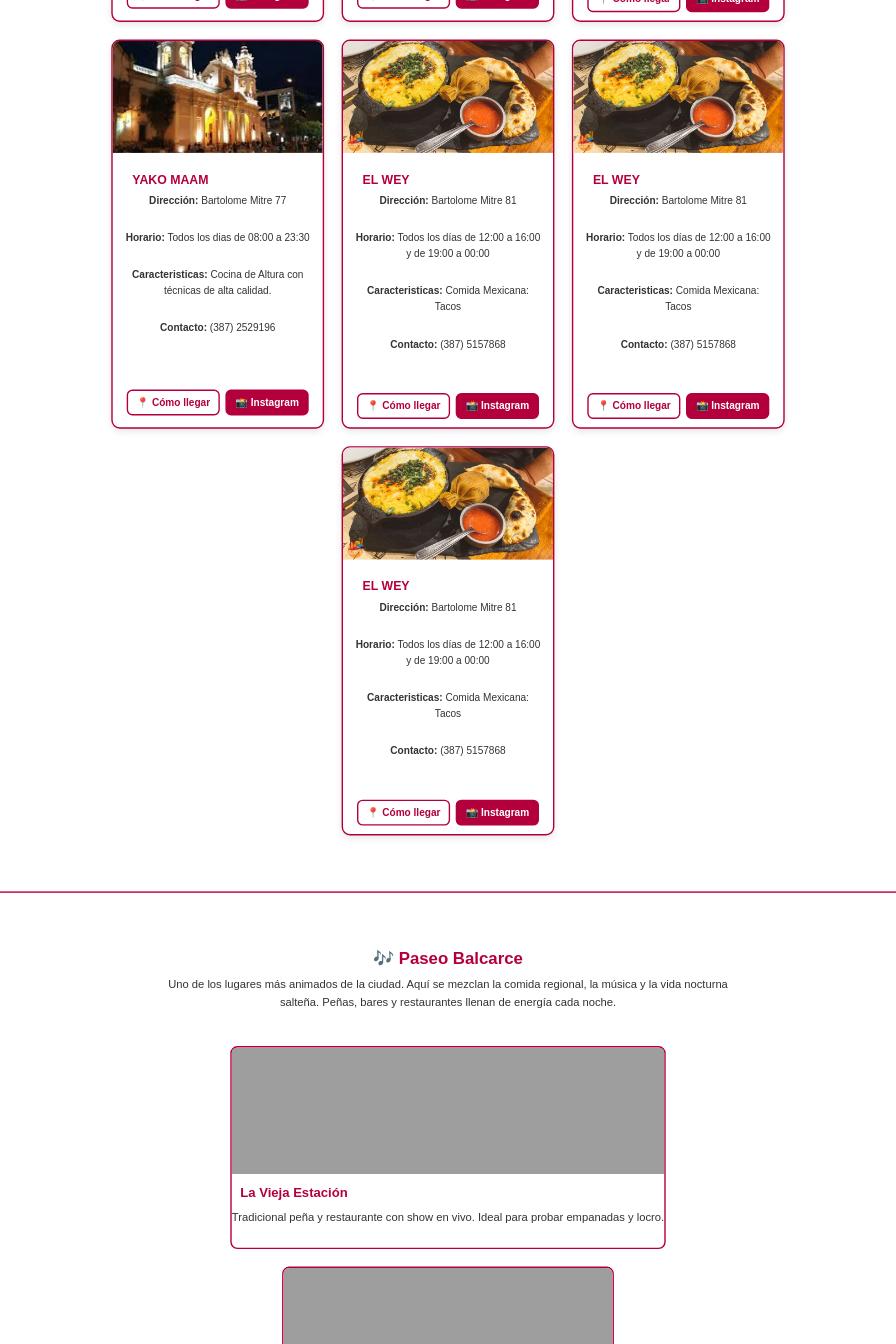
Repository: nahir95/come-en-salta
Page: restaurantes.html
An editor plug-in stored every save of this project. The page is shown before and after the next save, followed by the edit.
The browser window is 1280 px wide. The pictures show the part of the page from y = 1078 to 2998 px (the page is 5583 px tall before and 5606 px after), at 70% of full size.
Pictures or frames that could not be fetched are drawn as grey boxes.

Above is the page before, as saved 2025-11-12 02:13:24.

### restaurantes.html
<!doctype html>
<html lang="es">
<head>
  <meta charset="utf-8" />
  <meta name="viewport" content="width=device-width, initial-scale=1" />
  <title>Restaurantes - Comé en Salta</title>
  <link rel="stylesheet" href="style.css">
</head>

<body>
  <header>
    <h1>Comé en Salta</h1>
    <nav>
      <a href="index.html">Inicio</a>
      <a href="restaurantes.html">Restaurantes</a>
      <a href="penas.html">Peñas</a>
      <a href="#contacto">Contacto</a>
    </nav>
  </header>

  <main class="restaurantes">
    <section class="intro">
      <h2>Los mejores lugares para disfrutar en Salta</h2>
      <p>Explorá los sabores salteños en cada rincón de la ciudad. Desde el corazón histórico hasta los paseos más modernos, la gastronomía local te invita a vivir experiencias únicas.</p>
    </section>

    <!-- PLAZA 9 DE JULIO -->
<section id="plaza9" class="zona">
  <h2>🍽️ Plaza 9 de Julio</h2>
  <p>El corazón histórico de Salta ofrece restaurantes con encanto colonial, ideales para disfrutar de la gastronomía local frente a la plaza principal.</p>

  <div class="zona-grid">

    <!-- Restaurante 1 -->
    <article class="card restaurante">
      <img src="imagenes/cafe-catedral.jpeg" alt="El Solar del Convento">
      <div class="card-content">
        <h3>CAFE CATEDRAL</h3>
        <p><strong>Dirección:</strong> Bartolomé Mitre 95</p>
        <p><strong>Horarios:</strong> Lunes a Viernes: 7:00 a 22:00 - Sabado: 7:00 a 14:00</p>
        <p><strong>Caracteristicas:</strong> Desayunos, Almuerzos, Meriendas</p>
        <p><strong>Contacto:</strong> (387) 4317756 - (387) 5323658</p>
        <div class="btns-resto">
          <a href="https://maps.app.goo.gl/VMKrjFsvunXBDcr2A" target="_blank" class="btn">📍 Cómo llegar</a>
          <a href="https://www.instagram.com/cafecatedral_?igsh=MnE1amYwa3dqeDF6" target="_blank" class="btn btn-secundario">📸 Instagram</a>
        </div>
      </div>
    </article>

    <!-- Restaurante 2 -->
    <article class="card restaurante">
      <img src="https://images.unsplash.com/photo-1565299624946-b28f40a0ae38?w=800" alt="Fritito">
      <div class="card-content">
        <h3>FRITITO</h3>
        <p><strong>Dirección:</strong> Bartolome Mitre 85</p>
        <p><strong>Horario:</strong> Todos los días de 10:00 a 23:00</p>
        <p><strong>Caracteristicas:</strong> Comidas Rapidas - Fries & Burger</p>
        <p><strong>Contacto:</strong> (387) 5742741</p> <br> <br>
        <div class="btns-resto">
          <a href="https://maps.app.goo.gl/fA5zTu5r4aBTFWrC6?g_st=aw" target="_blank" class="btn">📍 Cómo llegar</a>
          <a href="https://www.instagram.com/fritito.salta?igsh=MXFieXNvZHdlZHZzZg==" target="_blank" class="btn btn-secundario">📸 Instagram</a>
        </div>
      </div>
    </article>

    <!-- Restaurante 3 -->
     <article class="card restaurante">
      <img src="imagenes/carrusel-1.jpg" alt="El Wey">
      <div class="card-content">
        <h3>EL WEY</h3>
        <p><strong>Dirección:</strong> Bartolome Mitre 81</p>
        <p><strong>Horario:</strong> Todos los días de 12:00 a 16:00 y de 19:00 a 00:00</p>
        <p><strong>Caracteristicas:</strong> Comida Mexicana: Tacos</p>
        <p><strong>Contacto:</strong> (387) 5157868</p> <br>
        <div class="btns-resto">
          <a href="https://maps.app.goo.gl/HWUzTfTShyvQshCx5?g_st=aw" target="_blank" class="btn">📍 Cómo llegar</a>
          <a href="https://www.instagram.com/el_wey_tacos?igsh=Mzk2ZTZzdmM3N3g5" target="_blank" class="btn btn-secundario">📸 Instagram</a>
        </div>
      </div>
     </article>

     <!-- Restaurante 4 -->
      <article class="card restaurante">
        <img src="imagenes/cafe-catedral.jpeg" alt="Yako">
        <div class="card-content">
          <h3>YAKO MAAM</h3>
          <P><strong>Dirección:</strong> Bartolome Mitre 77</P>
          <p><strong>Horario:</strong> Todos los dias de 08:00 a 23:30</p>
          <p><strong>Caracteristicas:</strong> Cocina de Altura con técnicas de alta calidad.</p>
          <p><strong>Contacto:</strong> (387) 2529196</p> <br> <br>
           <div class="btns-resto">
          <a href="https://maps.app.goo.gl/gud9KhsUfRgktwaAA?g_st=aw" target="_blank" class="btn">📍 Cómo llegar</a>
          <a href="https://www.instagram.com/yako.maam?igsh=ZW82NnRrNmltaHpj" target="_blank" class="btn btn-secundario">📸 Instagram</a>
        </div>
        </div>
      </article>

       <!-- Restaurante 5 -->
     <article class="card restaurante">
      <img src="imagenes/carrusel-1.jpg" alt="El Wey">
      <div class="card-content">
        <h3>EL WEY</h3>
        <p><strong>Dirección:</strong> Bartolome Mitre 81</p>
        <p><strong>Horario:</strong> Todos los días de 12:00 a 16:00 y de 19:00 a 00:00</p>
        <p><strong>Caracteristicas:</strong> Comida Mexicana: Tacos</p>
        <p><strong>Contacto:</strong> (387) 5157868</p> <br>
        <div class="btns-resto">
          <a href="https://maps.app.goo.gl/HWUzTfTShyvQshCx5?g_st=aw" target="_blank" class="btn">📍 Cómo llegar</a>
          <a href="https://www.instagram.com/el_wey_tacos?igsh=Mzk2ZTZzdmM3N3g5" target="_blank" class="btn btn-secundario">📸 Instagram</a>
        </div>
      </div>
     </article>

      <!-- Restaurante 6 -->
     <article class="card restaurante">
      <img src="imagenes/carrusel-1.jpg" alt="El Wey">
      <div class="card-content">
        <h3>EL WEY</h3>
        <p><strong>Dirección:</strong> Bartolome Mitre 81</p>
        <p><strong>Horario:</strong> Todos los días de 12:00 a 16:00 y de 19:00 a 00:00</p>
        <p><strong>Caracteristicas:</strong> Comida Mexicana: Tacos</p>
        <p><strong>Contacto:</strong> (387) 5157868</p> <br>
        <div class="btns-resto">
          <a href="https://maps.app.goo.gl/HWUzTfTShyvQshCx5?g_st=aw" target="_blank" class="btn">📍 Cómo llegar</a>
          <a href="https://www.instagram.com/el_wey_tacos?igsh=Mzk2ZTZzdmM3N3g5" target="_blank" class="btn btn-secundario">📸 Instagram</a>
        </div>
      </div>
     </article>

      <!-- Restaurante 7 -->
     <article class="card restaurante">
      <img src="imagenes/carrusel-1.jpg" alt="El Wey">
      <div class="card-content">
        <h3>EL WEY</h3>
        <p><strong>Dirección:</strong> Bartolome Mitre 81</p>
        <p><strong>Horario:</strong> Todos los días de 12:00 a 16:00 y de 19:00 a 00:00</p>
        <p><strong>Caracteristicas:</strong> Comida Mexicana: Tacos</p>
        <p><strong>Contacto:</strong> (387) 5157868</p> <br>
        <div class="btns-resto">
          <a href="https://maps.app.goo.gl/HWUzTfTShyvQshCx5?g_st=aw" target="_blank" class="btn">📍 Cómo llegar</a>
          <a href="https://www.instagram.com/el_wey_tacos?igsh=Mzk2ZTZzdmM3N3g5" target="_blank" class="btn btn-secundario">📸 Instagram</a>
        </div>
      </div>
     </article>




  </div>
</section>


    <!-- PASEO BALCARCE -->
    <section id="balcarce" class="zona">
      <h2>🎶 Paseo Balcarce</h2>
      <p>Uno de los lugares más animados de la ciudad. Aquí se mezclan la comida regional, la música y la vida nocturna salteña. Peñas, bares y restaurantes llenan de energía cada noche.</p>

      <div class="zona-grid">
        <article class="card">
          <img src="https://images.unsplash.com/photo-1528605248644-14dd04022da1?w=800" alt="Paseo Balcarce Salta">
          <h3>La Vieja Estación</h3>
          <p>Tradicional peña y restaurante con show en vivo. Ideal para probar empanadas y locro.</p>
        </article>
        <article class="card">
          <img src="https://images.unsplash.com/photo-1600891964599-f61ba0e24092?w=800" alt="Restaurante moderno en Balcarce">
          <h3>La Monumental</h3>
          <p>Restaurante moderno con opciones gourmet y coctelería de autor.</p>
        </article>
      </div>
    </section>

    <!-- PASEO GÜEMES -->
    <section id="guemes" class="zona">
      <h2>🍷 Paseo Güemes</h2>
      <p>La zona joven y moderna de Salta. Ideal para quienes buscan cocina contemporánea, bares y terrazas con estilo. Un punto de encuentro entre turistas y locales.</p>

      <div class="zona-grid">
        <article class="card">
          <img src="https://images.unsplash.com/photo-1615719413546-198b25453f85?w=800" alt="Paseo Güemes">
          <h3>El Charrúa</h3>
          <p>Especialidad en carnes a la parrilla y vinos de altura. Un clásico salteño imperdible.</p>
        </article>
        <article class="card">
          <img src="https://images.unsplash.com/photo-1551218808-94e220e084d2?w=800" alt="Café moderno">
          <h3>Baco Resto Bar</h3>
          <p>Ambiente moderno y excelente coctelería, ideal para compartir entre amigos.</p>
        </article>
      </div>
    </section>

    <!-- CADENAS DE COMIDAS RÁPIDAS -->
    <section id="rapidas" class="zona">
      <h2>🍔 Cadenas de Comidas Rápidas</h2>
      <p>También hay opciones para quienes buscan algo rápido y conocido. Las principales cadenas se encuentran cerca del centro y los shoppings.</p>

      <ul class="lista-rapidas">
        <li>McDonald’s – Shopping Alto NOA</li>
        <li>Burger King – Caseros 500</li>
        <li>Mostaza – Paseo Güemes</li>
        <li>Subway – Balcarce 50</li>
      </ul>
    </section>

    <!-- EXTRA: RESTAURANTES DESTACADOS -->
    <section id="destacados" class="zona">
      <h2>⭐ Recomendados por los turistas</h2>
      <p>Según visitantes y locales, estos son algunos de los restaurantes imperdibles para vivir la experiencia completa de la gastronomía salteña.</p>
      <div class="zona-grid">
        <article class="card">
          <img src="https://images.unsplash.com/photo-1504674900247-0877df9cc836?w=800" alt="Empanadas salteñas">
          <h3>Doña Salta</h3>
          <p>Empanadas caseras, locro y guisos típicos en un ambiente colonial.</p>
        </article>
        <article class="card">
          <img src="https://images.unsplash.com/photo-1601924582971-c8b28a3a13f1?w=800" alt="Locro salteño">
          <h3>El Patio de la Empanada</h3>
          <p>Conocido por su sabor auténtico y precios populares. Ideal para turistas.</p>
        </article>
      </div>
    </section>
  </main>

  <footer>
    Creado con ❤️ por Comé en Salta · 2025
  </footer>
</body>
</html>

### style.css
/* ==========================
   ESTILOS GENERALES
========================== */
body {
  margin: 0;
  font-family: 'Poppins', sans-serif;
  background-color: #fff;
  color: #000;
}

/* ==========================
   HEADER
========================== */
header {
  display: flex;
  justify-content: space-between;
  align-items: center;
  background-color: #fff;
  padding: 15px 30px;
  border-bottom: 3px solid #b3003c;
}

header h1 {
  color: #b3003c;
  font-size: 1.6rem;
}

nav {
  display: flex;
  gap: 25px;
}

nav a {
  text-decoration: none;
  color: #000;
  font-weight: 600;
  transition: color 0.3s ease;
}

nav a:hover {
  color: #b3003c;
}

/* ==========================
   CARRUSEL (HERO)
========================== */
.hero {
  position: relative;
  width: 100%;
  overflow: hidden;
}

.carousel-container {
  position: relative;
  width: 100%;
  height: 80vh;
}

.carousel {
  display: flex;
  width: 300%;
  transition: transform 0.8s ease-in-out;
}

.carousel img {
  width: 100%;
  height: 80vh;
  object-fit: cover;
  filter: brightness(0.7);
}

/* Botones del carrusel */
.btn-carrusel {
  position: absolute;
  top: 50%;
  transform: translateY(-50%);
  background-color: rgba(179, 0, 60, 0.8);
  color: white;
  border: none;
  font-size: 2rem;
  padding: 10px 15px;
  cursor: pointer;
  border-radius: 50%;
  transition: background 0.3s ease;
}

.btn-carrusel:hover {
  background-color: #b3003c;
}

#prev { left: 20px; }
#next { right: 20px; }

/* Texto sobre el carrusel */
.overlay {
  position: absolute;
  top: 50%;
  left: 50%;
  transform: translate(-50%, -50%);
  color: white;
  text-align: center;
  text-shadow: 0 2px 5px rgba(0,0,0,0.7);
}

.overlay h2 {
  font-size: 2rem;
  color: #fff;
  margin-bottom: 10px;
}

.overlay p {
  font-size: 1.2rem;
}

/* ==========================
   SECCIÓN INICIO
========================== */
.inicio {
  text-align: center;
  padding: 80px 20px;
  background-color: #fff;
}

.inicio h2 {
  color: #b3003c;
  font-size: 2rem;
  margin-bottom: 15px;
}

.inicio p {
  max-width: 800px;
  margin: 0 auto 30px auto;
  color: #333;
  line-height: 1.6;
}

/* BOTONES PRINCIPALES */
.inicio-buttons .btn {
  display: inline-block;
  margin: 10px;
  padding: 12px 24px;
  border: 2px solid #b3003c;
  border-radius: 8px;
  color: #b3003c;
  background: transparent;
  text-decoration: none;
  font-weight: 600;
  transition: all 0.3s ease;
}

.inicio-buttons .btn:hover {
  background: #b3003c;
  color: white;
}
/* ==========================
   SECCIÓN "POR QUÉ COMER EN SALTA"
========================== */
.porque {
  text-align: center;
  padding: 60px 20px;
  background-color: #f7f7f7;
  border-top: 2px solid #b3003c;
  border-bottom: 2px solid #b3003c;
}

.porque h2 {
  color: #b3003c;
  margin-bottom: 15px;
}

.porque p {
  max-width: 800px;
  margin: auto;
  font-size: 1.1rem;
  color: #333;
  line-height: 1.6;
}

/* ==========================
   SABORES
========================== */
.sabores {
  padding: 60px 20px;
  background-color: #fff;
  text-align: center;
}

.sabores h2 {
  color: #b3003c;
  margin-bottom: 25px;
}

.sabores-grid {
  display: grid;
  grid-template-columns: repeat(auto-fit, minmax(220px, 1fr));
  gap: 25px;
}

.plato {
  background: #fff;
  border-radius: 12px;
  border: 2px solid #b3003c;
  overflow: hidden;
  transition: transform 0.3s ease, box-shadow 0.3s ease;
}

.plato:hover {
  transform: scale(1.05);
  box-shadow: 0 4px 12px rgba(0,0,0,0.15);
}

.plato img {
  width: 100%;
  height: 160px;
  object-fit: cover;
}

.plato h3 {
  padding: 12px;
  color: #b3003c;
}

/* ==========================
   FRASE FINAL
========================== */
.frase {
  background: #b3003c;
  color: white;
  text-align: center;
  padding: 40px 10px;
  font-style: italic;
  font-size: 1.2rem;
}

/* ==========================
   FOOTER
========================== */
footer {
  background-color: #fff;
  color: #333;
  text-align: center;
  padding: 20px;
  border-top: 3px solid #b3003c;
  font-weight: 500;
}
.carousel-container {
  position: relative;
  overflow: hidden;
  width: 100%;
  height: 400px;
}

.carousel {
  display: flex;
  transition: transform 1s ease;
  width: 100%;
  height: 100%;
}

.carousel img {
  flex: 0 0 100%;
  width: 100%;
  height: 100%;
  object-fit: cover;
}
/* ==========================
   RESTAURANTES
========================== */
.restaurantes .intro {
  text-align: center;
  padding: 60px 20px;
}

.restaurantes .intro h2 {
  color: #b3003c;
  margin-bottom: 10px;
}

.restaurantes .zona {
  padding: 60px 20px;
  border-top: 2px solid #b3003c;
  background-color: #fff;
}

.restaurantes .zona h2 {
  color: #b3003c;
  margin-bottom: 10px;
  text-align: center;
}

.restaurantes .zona p {
  text-align: center;
  max-width: 800px;
  margin: 0 auto 30px auto;
  line-height: 1.6;
  color: #333;
}

.zona-grid {
  display: grid;
  grid-template-columns: repeat(auto-fit, minmax(250px, 1fr));
  gap: 25px;
}

.card {
  background: #fff;
  border: 2px solid #b3003c;
  border-radius: 10px;
  overflow: hidden;
  transition: transform 0.3s ease, box-shadow 0.3s ease;
}

.card:hover {
  transform: scale(1.05);
  box-shadow: 0 4px 12px rgba(0,0,0,0.15);
}

.card img {
  width: 100%;
  height: 180px;
  object-fit: cover;
}

.card h3 {
  margin: 12px;
  color: #b3003c;
}

.card p {
  margin: 0 12px 15px 12px;
  color: #333;
}

.lista-rapidas {
  max-width: 600px;
  margin: 0 auto;
  list-style: none;
  padding: 0;
  text-align: center;
}

.lista-rapidas li {
  background: #f8f8f8;
  border: 1px solid #b3003c;
  padding: 10px;
  border-radius: 6px;
  margin-bottom: 8px;
  color: #333;
  transition: background 0.3s;
}

.lista-rapidas li:hover {
  background: #b3003c;
  color: white;
}
/* === Contenedor general de las tarjetas === */
.zona-grid {
  display: flex;
  flex-wrap: wrap;
  justify-content: center; /* 🔹 centra todas las tarjetas */
  gap: 25px; /* espacio entre tarjetas */
  max-width: 1000px; /* 🔹 limita el ancho total del grid */
  margin: 0 auto; /* centra el bloque en la página */
  padding: 20px;
}

/* === Tarjetas de restaurantes === */
.restaurante {
  background: #fff;
  border: 2px solid #b3003c;
  border-radius: 12px;
  overflow: hidden;
  flex: 1 1 calc(33.333% - 40px); /* 🔹 3 por fila con espacio */
  max-width: 300px; /* evita que crezcan demasiado */
  box-shadow: 0 4px 10px rgba(0,0,0,0.1);
  transition: transform 0.3s ease, box-shadow 0.3s ease;
}

.restaurante:hover {
  transform: translateY(-5px);
  box-shadow: 0 6px 16px rgba(0,0,0,0.15);
}

.restaurante img {
  width: 100%;
  height: 160px;
  object-fit: cover;
}

.restaurante .card-content {
  padding: 12px 16px;
}

.restaurante h3 {
  color: #b3003c;
  font-size: 1.1rem;
  margin-bottom: 8px;
}

.restaurante p {
  color: #333;
  margin: 4px 0;
  font-size: 0.9rem;
}

/* === Botones === */
.btns-resto {
  display: flex;
  justify-content: center;
  gap: 8px;
  margin-top: 10px;
  flex-wrap: wrap;
}

.btns-resto .btn {
  display: inline-block;
  text-align: center;
  padding: 8px 12px;
  border: 2px solid #b3003c;
  border-radius: 8px;
  text-decoration: none;
  color: #b3003c;
  font-weight: 600;
  transition: all 0.3s ease;
  font-size: 0.9rem;
}

.btns-resto .btn:hover {
  background: #b3003c;
  color: #fff;
}

.btns-resto .btn-secundario {
  background: #b3003c;
  color: #fff;
}

.btns-resto .btn-secundario:hover {
  background: transparent;
  color: #b3003c;
}

After the next save:
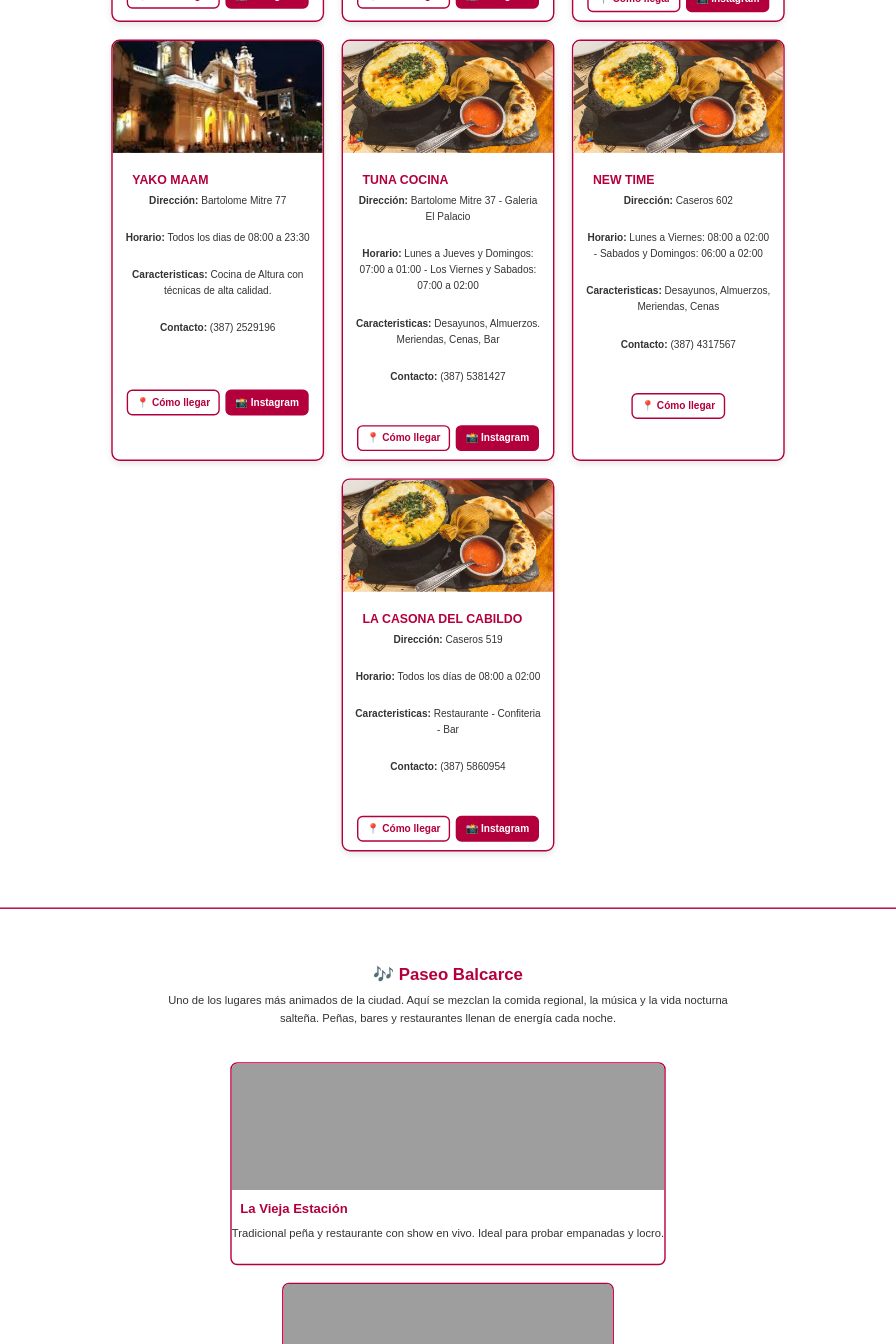
Saved 12 min 4 s later.
--- a/restaurantes.html
+++ b/restaurantes.html
@@ -97,48 +97,47 @@
 
        <!-- Restaurante 5 -->
      <article class="card restaurante">
-      <img src="imagenes/carrusel-1.jpg" alt="El Wey">
-      <div class="card-content">
-        <h3>EL WEY</h3>
-        <p><strong>Dirección:</strong> Bartolome Mitre 81</p>
-        <p><strong>Horario:</strong> Todos los días de 12:00 a 16:00 y de 19:00 a 00:00</p>
-        <p><strong>Caracteristicas:</strong> Comida Mexicana: Tacos</p>
-        <p><strong>Contacto:</strong> (387) 5157868</p> <br>
-        <div class="btns-resto">
-          <a href="https://maps.app.goo.gl/HWUzTfTShyvQshCx5?g_st=aw" target="_blank" class="btn">📍 Cómo llegar</a>
-          <a href="https://www.instagram.com/el_wey_tacos?igsh=Mzk2ZTZzdmM3N3g5" target="_blank" class="btn btn-secundario">📸 Instagram</a>
+      <img src="imagenes/carrusel-1.jpg" alt="Tuna Cocina">
+      <div class="card-content">
+        <h3>TUNA COCINA</h3>
+        <p><strong>Dirección:</strong> Bartolome Mitre 37 - Galeria El Palacio</p>
+        <p><strong>Horario:</strong> Lunes a Jueves y Domingos: 07:00 a 01:00 - Los Viernes y Sabados: 07:00 a 02:00</p>
+        <p><strong>Caracteristicas:</strong> Desayunos, Almuerzos. Meriendas, Cenas, Bar</p>
+        <p><strong>Contacto:</strong> (387) 5381427</p> <br>
+        <div class="btns-resto">
+          <a href="https://maps.app.goo.gl/PCjznmCm7fmgmqhf8?g_st=aw" target="_blank" class="btn">📍 Cómo llegar</a>
+          <a href="https://www.instagram.com/tunacocina?igsh=bWRpaGdxN2wyMXRj" target="_blank" class="btn btn-secundario">📸 Instagram</a>
         </div>
       </div>
      </article>
 
       <!-- Restaurante 6 -->
      <article class="card restaurante">
-      <img src="imagenes/carrusel-1.jpg" alt="El Wey">
-      <div class="card-content">
-        <h3>EL WEY</h3>
-        <p><strong>Dirección:</strong> Bartolome Mitre 81</p>
-        <p><strong>Horario:</strong> Todos los días de 12:00 a 16:00 y de 19:00 a 00:00</p>
-        <p><strong>Caracteristicas:</strong> Comida Mexicana: Tacos</p>
-        <p><strong>Contacto:</strong> (387) 5157868</p> <br>
-        <div class="btns-resto">
-          <a href="https://maps.app.goo.gl/HWUzTfTShyvQshCx5?g_st=aw" target="_blank" class="btn">📍 Cómo llegar</a>
-          <a href="https://www.instagram.com/el_wey_tacos?igsh=Mzk2ZTZzdmM3N3g5" target="_blank" class="btn btn-secundario">📸 Instagram</a>
+      <img src="imagenes/carrusel-1.jpg" alt="New Time">
+      <div class="card-content">
+        <h3>NEW TIME</h3>
+        <p><strong>Dirección:</strong> Caseros 602</p>
+        <p><strong>Horario:</strong> Lunes a Viernes: 08:00 a 02:00 - Sabados y Domingos: 06:00 a 02:00</p>
+        <p><strong>Caracteristicas:</strong> Desayunos, Almuerzos, Meriendas, Cenas</p>
+        <p><strong>Contacto:</strong> (387) 4317567</p> <br>
+        <div class="btns-resto">
+          <a href="https://maps.app.goo.gl/SDz5q4yyxKZGqRi97?g_st=aw" target="_blank" class="btn">📍 Cómo llegar</a>
         </div>
       </div>
      </article>
 
       <!-- Restaurante 7 -->
      <article class="card restaurante">
-      <img src="imagenes/carrusel-1.jpg" alt="El Wey">
-      <div class="card-content">
-        <h3>EL WEY</h3>
-        <p><strong>Dirección:</strong> Bartolome Mitre 81</p>
-        <p><strong>Horario:</strong> Todos los días de 12:00 a 16:00 y de 19:00 a 00:00</p>
-        <p><strong>Caracteristicas:</strong> Comida Mexicana: Tacos</p>
-        <p><strong>Contacto:</strong> (387) 5157868</p> <br>
-        <div class="btns-resto">
-          <a href="https://maps.app.goo.gl/HWUzTfTShyvQshCx5?g_st=aw" target="_blank" class="btn">📍 Cómo llegar</a>
-          <a href="https://www.instagram.com/el_wey_tacos?igsh=Mzk2ZTZzdmM3N3g5" target="_blank" class="btn btn-secundario">📸 Instagram</a>
+      <img src="imagenes/carrusel-1.jpg" alt="La Casona del Cabildo">
+      <div class="card-content">
+        <h3>LA CASONA DEL CABILDO</h3>
+        <p><strong>Dirección:</strong> Caseros 519</p>
+        <p><strong>Horario:</strong> Todos los días de 08:00 a 02:00</p>
+        <p><strong>Caracteristicas:</strong> Restaurante - Confiteria - Bar</p>
+        <p><strong>Contacto:</strong> (387) 5860954</p> <br>
+        <div class="btns-resto">
+          <a href="https://maps.app.goo.gl/SqyFGXWdCELtACJa8?g_st=aw" target="_blank" class="btn">📍 Cómo llegar</a>
+          <a href="https://www.instagram.com/lacasonadelcabildo?igsh=MThnNnZqaWN6cmZneg==" target="_blank" class="btn btn-secundario">📸 Instagram</a>
         </div>
       </div>
      </article>
